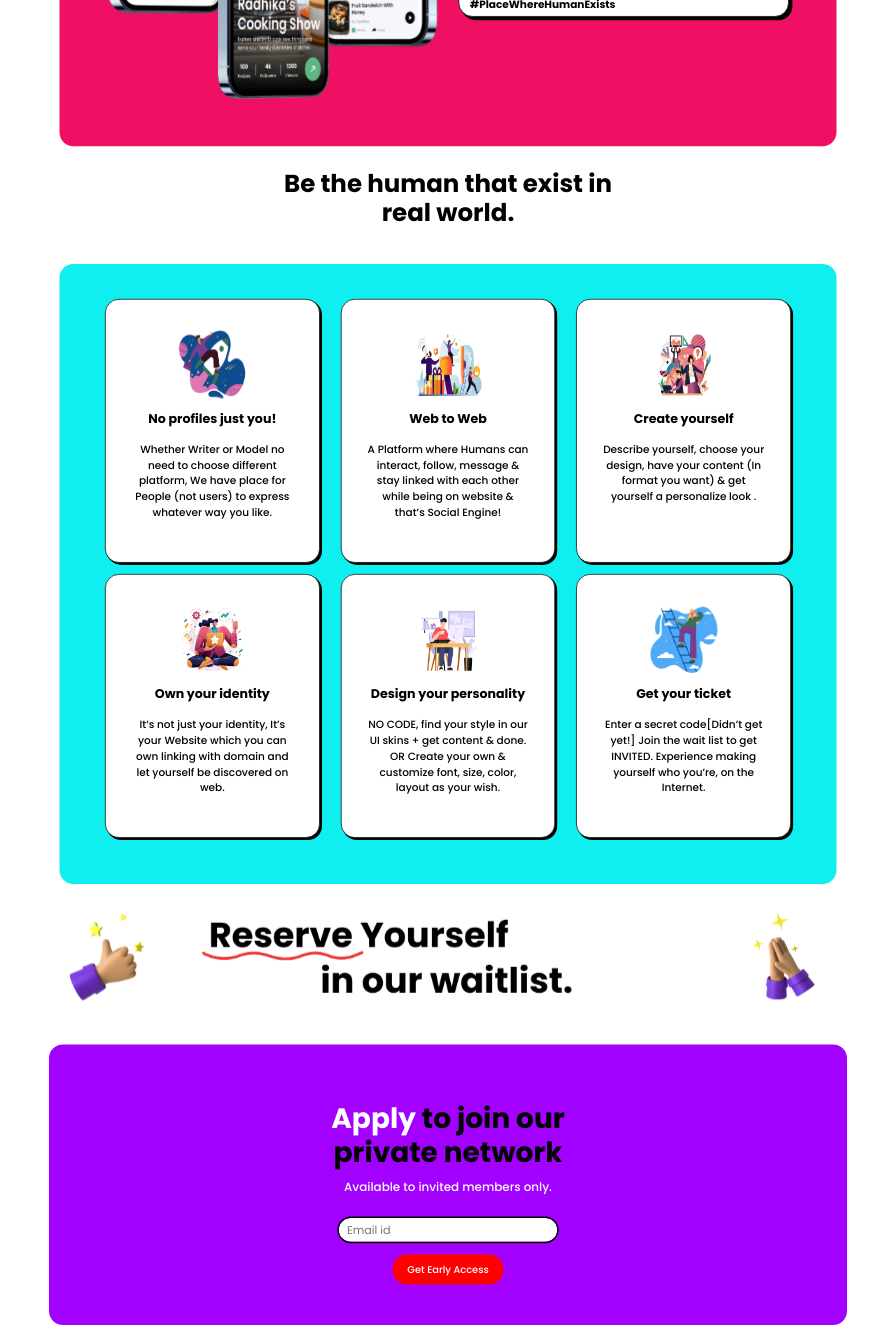
Repository: itsmesikandar/swavy.in.github.io
Page: index.html
These files come from the project's save history. The page is drawn as it stood at one moment and after the next save; the edit follows.
The browser window is 1280 px wide. The pictures show the part of the page from y = 3340 to 5260 px (the page is 5260 px tall), at 70% of full size.

Above is the page before, as saved 2023-02-24 17:31:10.
Console error: TypeError: Cannot read properties of undefined (reading 'fn')

### index.html
<!DOCTYPE html>
<html lang="en">
<head>
  <title>Swavy | Not Just Social Media</title>

  <meta charset="UTF-8">
  <meta name="viewport" content="width=device-width, initial-scale=1.0">
  <meta http-equiv="X-UA-Compatible" content="ie=edge">
  <link rel="stylesheet" href="vendors/owl-carousel/css/owl.carousel.min.css">
  <link rel="stylesheet" href="vendors/owl-carousel/css/owl.theme.default.css">
  <link rel="stylesheet" href="vendors/mdi/css/materialdesignicons.min.css">
  <link rel="stylesheet" href="vendors/aos/css/aos.css">
  <link rel="stylesheet" href="css/style.min.css">
  <link rel="stylesheet" href="css/style.css">
  <link rel="stylesheet"
        href="https://cdnjs.cloudflare.com/ajax/libs/OwlCarousel2/2.3.4/assets/owl.carousel.min.css"
        integrity="sha512-tS3S5qG0BlhnQROyJXvNjeEM4UpMXHrQfTGmbQ1gKmelCxlSEBUaxhRBj/EFTzpbP4RVSrpEikbmdJobCvhE3g=="
        crossorigin="anonymous" />
  <link rel="stylesheet"
        href="https://cdnjs.cloudflare.com/ajax/libs/OwlCarousel2/2.3.4/assets/owl.theme.default.min.css"
        integrity="sha512-sMXtMNL1zRzolHYKEujM2AqCLUR9F2C4/05cdbxjjLSRvMQIciEPCQZo++nk7go3BtSuK9kfa/s+a4f4i5pLkw=="
        crossorigin="anonymous" />

</head>
<body id="body" data-spy="scroll" data-target=".navbar" data-offset="100">
  <header id="header-section">
    <nav class="navbar navbar-expand-lg pl-3 pl-sm-0 py-4" id="navbar">
    <div class="container">
      <div class="navbar-brand-wrapper d-flex ">
        <h4 style="color:rgb(253, 81, 1); font-size: 18px;">#NotJustSocialMedia</h4>
      </div>
    </div>
    </nav>
  </header>
  <div class="banner" >
    <div class="container bg_color_zero">
      <div class="row align-items-center justify-content-center">

        <div class="col-lg-6 col-md-6 align-items-center justify-content-center ">
          <div class="">
            <h1 class="m-0 font-wt-h1 mb-4">Discover the best<br> form of yourself</h1>
            <p class="font-wt-h ">Where humans create themselves, not Platform!</p>
            <img class="mt-5" width="60%" src="images/img-top.png" >
          </div>
        </div>
        <div class="col-lg-6 col-md-6 ">
          <div class="py-5" id="imgr">
            <img src="images/vlog.png" >
          </div>
        </div>
      </div>
      <!-- <h1 class="font-weight-semibold margin-top" id="ht">Discover<br>The Best Form Of Yourself</h1>
      <h5 class="font-weight-normal text-muted pb-3">Where humans create themselves, not Platform.</h5>
      <img src="images/hero-img.png" alt="" class="img-fluid"> -->
    </div>
  </div>
      <div class="content-wrapper ">
        <div class="container">

          <section class="features-overview bg_color_first " id="features-section" >

            <div class="content-header  ">
              <h2 class="section-subtitle color-white"><b>Where you can</b></h4>
              <h2 class="color-white"><b>Show what you are but better.</b></h4>
            </div>

            <div class="d-md-flex justify-content-between mx-5">
              <div class="grid-margin justify-content-center bg_color_white box-shadow-3d-a mx-5 px-2">
                <div class="features-width text-center py-3 pt-5">
                  <img src="images/nomore.png" width="100" height="100" alt="" class="img-icons">
                  <h5 class="py-3 font-weigh-sub">No More<br>Default Profiles</h5>
                  <p class="text-muted font-wt-p">Forget that default profile design that matches with Billions other!</p>
                </div>
              </div>
              <div class="grid-margin  justify-content-center bg_color_white box-shadow-3d-b mx-5 px-2">
                <div class="features-width text-center py-3 pt-5">
                  <img src="images/noplatform.jpg" width="100" height="100" alt="" class="img-icons">
                  <h5 class="py-3 font-weigh-sub">No Need Of<br>Different Platform</h5>
                  <p class="text-muted font-wt-p">Does platform limits you expression: some allows video, image or text only?
                  </p>
                </div>
              </div>
              <div class="grid-margin justify-content-center bg_color_white box-shadow-3d-c mx-5 px-2">
                <div class="features-width text-center py-3 pt-5">
                  <img src="images/tenent.png" width="100" height="100" alt="" class="img-icons">
                  <h5 class="py-3 font-weigh-sub">You No Need<br>To Live As Tenant</h5>
                  <p class="text-muted font-wt-p">Own your virtual identity, like you own your real life.~Web+Domain, for free.</p>
                </div>
              </div>
            </div>
          </section>

          <div class="col-12 text-center pb-4">
            <h2 class="section-subtitle mt-5"><b>Bring Your Ideas Into Life</b></h2>
          </div>

          <section class=" features-overview customer-feedback bg_color_second" id="feedback-section">
            <div class="container">
              <div class="row">
                <div class="col-12 paa-5">
                  <div class="owl-carousel owl-theme">
                    <div class="card customer-cards">
                      <img src="images/educator.png"  alt="" >
                    </div>
                    <div class="card customer-cards">
                      <img src="images/creator.png"  alt="" >
                    </div>
                    <div class="card customer-cards">
                      <img src="images/model.png"  alt="" >
                    </div>
                    <div class="card customer-cards">
                      <img src="images/writer.png"  alt="" >
                    </div>
                  </div>
                </div>
              </div>
            </div>

          </section>

          <section class="features-overview bg_color_third " id="features-section" >
            <div class="container">
              <div class="row align-items-center ">
                <div class="col-12  col-lg-offset-1 col-lg-6 grid-margin grid-margin-lg-0 align-left pl-5 pt-5 pb-5 align-items-center justify-content-center" data-aos="fade-right">
                  <h2 class="m-0 font-wt-h3 mb-5">Makes your Personality<br>visible like your<br>Identity.</h2>
                  <div class="col-lg-12  font-wt-wb box-shadow-3d-d">
                    <p class=" font-wt-c mt-2">Whether you are a model who never skips shooting, a blogger who writes about his life and publishes online, or a seller who sends products with happiness.</p>
                    <p class="font-wt-c ">Whatever your personality is, it can now be reflected online, No Different Platform.</p>
                    <h4 class="font-wt-p color-black">#PlaceForAll</h4>
                  </div>
                </div>
                <div class="col-12  col-lg-6  img-digital grid-margin grid-margin-lg-0 pr-5 pt-5 pb-5" data-aos="fade-left">
                  <div class="carousel slide" data-ride="carousel">
                    <div class="carousel-inner">
                      <div class="carousel-item active">
                        <img src="images/vlog.png" alt="" class="img-fluid d-block w-100">
                      </div>
                      <div class="carousel-item ">
                        <img src="images/show.png" alt="" class="img-fluid d-block w-100">
                      </div>
                      <div class="carousel-item ">
                        <img src="images/podcast.png" alt="" class="img-fluid d-block w-100">
                      </div>
                      <div class="carousel-item ">
                        <img src="images/sell.png" alt="" class="img-fluid d-block w-100">
                      </div>
                    </div>
                  </div>
                </div>
              </div>
            </div>
          </section>

          <section class="features-overview bg_color_fourth " id="features-section" >
            <div class="container">
              <div class="row align-items-center ">
                <div class="col-12 col-lg-6  img-digital grid-margin grid-margin-lg-0 pl-5 pt-5 pb-5 " data-aos="fade-right">
                  <div class="carousel slide" data-ride="carousel">
                    <div class="carousel-inner">
                      <div class="carousel-item active">
                        <img src="images/class.png" alt="" class="img-fluid d-block w-100">
                      </div>
                      <div class="carousel-item ">
                        <img src="images/radhika.png" alt="" class="img-fluid d-block w-100">
                      </div>
                      <div class="carousel-item ">
                        <img src="images/news.png" alt="" class="img-fluid d-block w-100">
                      </div>
                    </div>
                  </div>
                </div>
                <div class="col-12 col-lg-6 col-lg-offset-1 grid-margin grid-margin-lg-0 align-left pr-5 pt-5 pb-5" data-aos="fade-left">
                  <h3 class="m-0 font-wt-h3 mb-5">Share your knowledge<br> with people around the world.</h3>
                  <div class="col-lg-12  font-wt-wb box-shadow-3d-d">
                    <p class="font-wt-c mt-2">Now you don't need any medium to publish articles, Don't need to create an app to teach or be on TV to spread your cooking skills.</p>
                    <p class="font-wt-c">Just create, design and connect with everyone, through website to website!.</p>
                    <h4 class="font-wt-p color-black">#PlaceWhereHumanExists</h4>
                  </div>
                </div>
              </div>
            </div>
          </section>

          <div class="col-12 text-center py-4 mt-2">
            <h2><b>Be the human that exist in<br>real world.</b></h2>
          </div>

          <section class="case-studies bg_color_fifth" id="case-studies-section">
            <div class="container">
              <div class="row ">


                <div class="col-12 col-md-6 col-lg-4 stretch-card mb-3 mb-lg-3 " data-aos="zoom-in">
                  <div class="card customer-cards font-wt-wb box-shadow-3d-e">
                    <div class="card-body">
                      <div class="text-center">
                        <img src="images/goalive.png" width="100" height="100" alt="" class="img-customer">
                        <div class="content-divider m-auto"></div>
                        <h6 class="card-title pt-3 font-weigh-sub">No profiles just you!</h6>
                        <p class="m-0 py-3  font-wt-p">Whether Writer or Model no need to choose different platform, We have place for People (not users) to express whatever way you like.</p>
                      </div>
                    </div>
                  </div>
                </div>

                <div class="col-12 col-md-6 col-lg-4 stretch-card mb-3 mb-lg-3 " data-aos="zoom-in" data-aos-delay="200">
                  <div class="card customer-cards card customer-cards font-wt-wb box-shadow-3d-e">
                    <div class="card-body">
                      <div class="text-center">
                        <img src="images/friends.jpg" width="100" height="100" alt="" class="img-customer">
                        <div class="content-divider m-auto"></div>
                        <h6 class="card-title pt-3 font-weigh-sub">Web to Web</h6>
                        <p class="m-0 py-3 font-wt-p">A Platform where Humans can interact, follow, message & stay linked with each other while being on website & that’s Social Engine!</p>
                      </div>
                    </div>
                  </div>
                </div>

                <div class="col-12 col-md-6 col-lg-4 stretch-card mb-3 mb-lg-3" data-aos="zoom-in" data-aos-delay="400">
                  <div class="card customer-cards font-wt-wb box-shadow-3d-e">
                    <div class="card-body">
                      <div class="text-center">
                        <img src="images/create.jpg" width="100" height="100" alt="" class="img-customer">
                        <div class="content-divider m-auto"></div>
                        <h6 class="card-title pt-3 font-weigh-sub">Create yourself</h6>
                        <p class="m-0 py-3 font-wt-p">Describe yourself, choose your design, have your content (In format you want) & get yourself a personalize look .</p>
                      </div>
                    </div>
                  </div>
                </div>

                <div class="col-12 col-md-6 col-lg-4 stretch-card mb-3 mb-lg-3" data-aos="zoom-in" data-aos-delay="600">
                  <div class="card customer-cards font-wt-wb box-shadow-3d-e">
                    <div class="card-body">
                      <div class="text-center">
                        <img src="images/own.jpg" width="100" height="100" alt="" class="img-customer">
                        <div class="content-divider m-auto"></div>
                        <h6 class="card-title pt-3 font-weigh-sub">Own your identity</h6>
                        <p class="m-0 py-3 font-wt-p">It’s not just your identity, It’s your Website which you can own linking with domain and let yourself be discovered on web.</p>
                      </div>
                    </div>
                  </div>
                </div>

                <div class="col-12 col-md-6 col-lg-4 stretch-card mb-3 mb-lg-3" data-aos="zoom-in" data-aos-delay="400">
                  <div class="card customer-cards font-wt-wb box-shadow-3d-e">
                    <div class="card-body">
                      <div class="text-center">
                        <img src="images/design.jpg" width="100" height="100" alt="" class="img-customer">
                        <div class="content-divider m-auto"></div>
                        <h6 class="card-title pt-3 font-weigh-sub">Design your personality</h6>
                        <p class="m-0 py-3 font-wt-p">NO CODE, find your style in our UI skins + get content & done. OR Create your own & customize font, size, color, layout as your wish.</p>
                      </div>
                    </div>
                  </div>
                </div>

                <div class="col-12 col-md-6 col-lg-4 stretch-card mb-3 mb-lg-3" data-aos="zoom-in" data-aos-delay="600">
                  <div class="card customer-cards font-wt-wb box-shadow-3d-e">
                    <div class="card-body">
                      <div class="text-center">
                        <img src="images/ticket.png" width="100" height="100" alt="" class="img-customer">
                        <div class="content-divider m-auto"></div>
                        <h6 class="card-title pt-3 font-weigh-sub">Get your ticket</h6>
                        <p class="m-0 py-3 font-wt-p">Enter a secret code[Didn’t get yet!] Join the wait list to get INVITED. Experience making yourself who you’re, on the Internet.</p>
                      </div>
                    </div>
                  </div>
                </div>

              </div>
            </div>
          </section>

        </div>

        <div class="content-wrapper ">
          <div class="container">
              <div class="row justify-content-center align-items-center">
                  <div class="col-sm-2 col-md-2 col-lg-2" data-aos="zoom-in">
                    <img  src="images/img-left.png" alt="" class="img-fluid">
                  </div>
                  <div class="col-sm-8 col-md-8 col-lg-8 " data-aos="zoom-in">
                    <img  src="images/img-middle.png" alt="" class="img-fluid">
                  </div>
                  <div class="col-sm-2 col-md-2 col-lg-2 " data-aos="zoom-in">
                    <img  src="images/img-right.png" alt="" class="img-fluid">
                  </div>
              </div>
          </div>
        </div>

        <section class="text-center align-items-center " >
          <div class="container  bg_color_sixth">
            <div class="contact-us-bgimage py-2" >
              <div class="py-4">
                <h1 class="px-3 px-md-0 m-0 fw" data-aos="fade-down"><span class="color-white">Apply</span> to join our<br>private network</h1>
                <h6 class="mt-3 color-white">Available to invited members only.</h6>
              </div>

              <div data-aos="fade-up">
                <div class="col-12  offset-sm-3 col-sm-6 offset-sm-3 offset-lg-4 col-lg-4 offset-lg-4 ">
                  <form name="submit-to-google-sheet" id="myForm">
                    <input type="email" name="Email" class="input-form-control r-20" id="Email" placeholder="Email id">
                    <div class="pt-3">
                      <button type="submit" class="btn btn-danger font-weight-medium r-20">Get Early Access</button>
                    </div>
                  </form>
                </div>
              </div>
            </div>
          </div>
        </section>

      </div>

  <script>
       !function(){var analytics=window.analytics=window.analytics||[];if(!analytics.initialize)if(analytics.invoked)window.console&&console.error&&console.error("Segment snippet included twice.");else{analytics.invoked=!0;analytics.methods=["trackSubmit","trackClick","trackLink","trackForm","pageview","identify","reset","group","track","ready","alias","debug","page","once","off","on","addSourceMiddleware","addIntegrationMiddleware","setAnonymousId","addDestinationMiddleware"];analytics.factory=function(e){return function(){var t=Array.prototype.slice.call(arguments);t.unshift(e);analytics.push(t);return analytics}};for(var e=0;e<analytics.methods.length;e++){var key=analytics.methods[e];analytics[key]=analytics.factory(key)}analytics.load=function(key,e){var t=document.createElement("script");t.type="text/javascript";t.async=!0;t.src="https://cdn.segment.com/analytics.js/v1/" + key + "/analytics.min.js";var n=document.getElementsByTagName("script")[0];n.parentNode.insertBefore(t,n);analytics._loadOptions=e};analytics._writeKey="sy1jEkZRdvqaCf5dOWhj4yyXbsgHlnL4";;analytics.SNIPPET_VERSION="4.15.3";
        analytics.load("sy1jEkZRdvqaCf5dOWhj4yyXbsgHlnL4");
        analytics.page();
        }}();


    const scriptURL = 'https://script.google.com/macros/s/AKfycbxXpgQgQMZqhFNl4IiDehqWTr5-PkKsvUA7oIWJAg1q1VEVA7wHIRvszY07XR8cTBPduQ/exec'
    const form = document.forms['submit-to-google-sheet']
    //const formm = document.forms['submit-to-google-sheet']
    const fr = document.getElementById("myForm")
    //const frr = document.getElementById("myFormm")

    // formm.addEventListener('submit', e => {
    //   e.preventDefault()
    //   fetch(scriptURL, { method: 'POST', body: new FormData(formm)})
    //     .then(response =>
    //     frr.reset())
    //     .catch(error => console.error('Error###', error.message))
    // })

    form.addEventListener('submit', e => {
      e.preventDefault()
      fetch(scriptURL, { method: 'POST', body: new FormData(form)})
        .then(response =>
        fr.reset())
        .catch(error => console.error('Error!!!!!!', error.message))
    })

  </script>
  <script src="https://cdnjs.cloudflare.com/ajax/libs/OwlCarousel2/2.3.4/owl.carousel.min.js"
  integrity="sha512-bPs7Ae6pVvhOSiIcyUClR7/q2OAsRiovw4vAkX+zJbw3ShAeeqezq50RIIcIURq7Oa20rW2n2q+fyXBNcU9lrw=="
  crossorigin="anonymous"></script>
  <script src="vendors/jquery/jquery.min.js"></script>
  <script src="vendors/bootstrap/bootstrap.min.js"></script>
  <script src="vendors/owl-carousel/js/owl.carousel.min.js"></script>
  <script src="vendors/aos/js/aos.js"></script>
  <script src="js/landingpage.js"></script>
</body>
</html>

### js/landingpage.js
// HEADER ANIMATION
window.onscroll = function() {scrollFunction()};
var element = document.getElementById("body");
function scrollFunction() {
  if (document.body.scrollTop > 400 || document.documentElement.scrollTop > 400) {
      $(".navbar").addClass("fixed-top");
      element.classList.add("header-small");
      $("body").addClass("body-top-padding");

  } else {
      $(".navbar").removeClass("fixed-top");
      element.classList.remove("header-small");
      $("body").removeClass("body-top-padding");
  }
}

// OWL-CAROUSAL
$('.owl-carousel').owlCarousel({
    items: 3,
    loop:true,
    nav:false,
    dot:true,
    autoplay: true,
    slideTransition: 'linear',
    autoplayHoverPause: true,
    responsive:{
      0:{
          items:1
      },
      600:{
          items:2
      },
      1000:{
          items:3
      }
  }
})

// SCROLLSPY
$(document).ready(function() {
  $(".nav-link").click(function() {
      var t = $(this).attr("href");
      $("html, body").animate({
          scrollTop: $(t).offset().top - 75
      }, {
          duration: 1000,
      });
      $('body').scrollspy({ target: '.navbar',offset: $(t).offset().top });
      return false;
  });

});

// AOS
AOS.init({
    offset: 120,
    delay: 0,
    duration: 1200,
    easing: 'ease',
    once: true,
    mirror: false,
    anchorPlacement: 'top-bottom',
    disable: "mobile"
  });

//SIDEBAR-OPEN
  $('#navbarSupportedContent').on('hidden.bs.collapse', function () {
    $("body").removeClass("sidebar-open");
  })

  $('#navbarSupportedContent').on('shown.bs.collapse', function () {
    $("body").addClass("sidebar-open");
  })


  window.onresize = function() {
    var w = window.innerWidth;
    if(w>=992) {
      $('body').removeClass('sidebar-open');
      $('#navbarSupportedContent').removeClass('show');
    }
  }

Loaded but not shown: vendors/owl-carousel/css/owl.carousel.min.css (library); vendors/owl-carousel/css/owl.theme.default.css (common file); vendors/mdi/css/materialdesignicons.min.css (library); vendors/aos/css/aos.css (library); css/style.min.css (library); css/style.css (library); vendors/jquery/jquery.min.js (library); vendors/bootstrap/bootstrap.min.js (library); vendors/owl-carousel/js/owl.carousel.min.js (library); vendors/aos/js/aos.js (library)

After the next save:
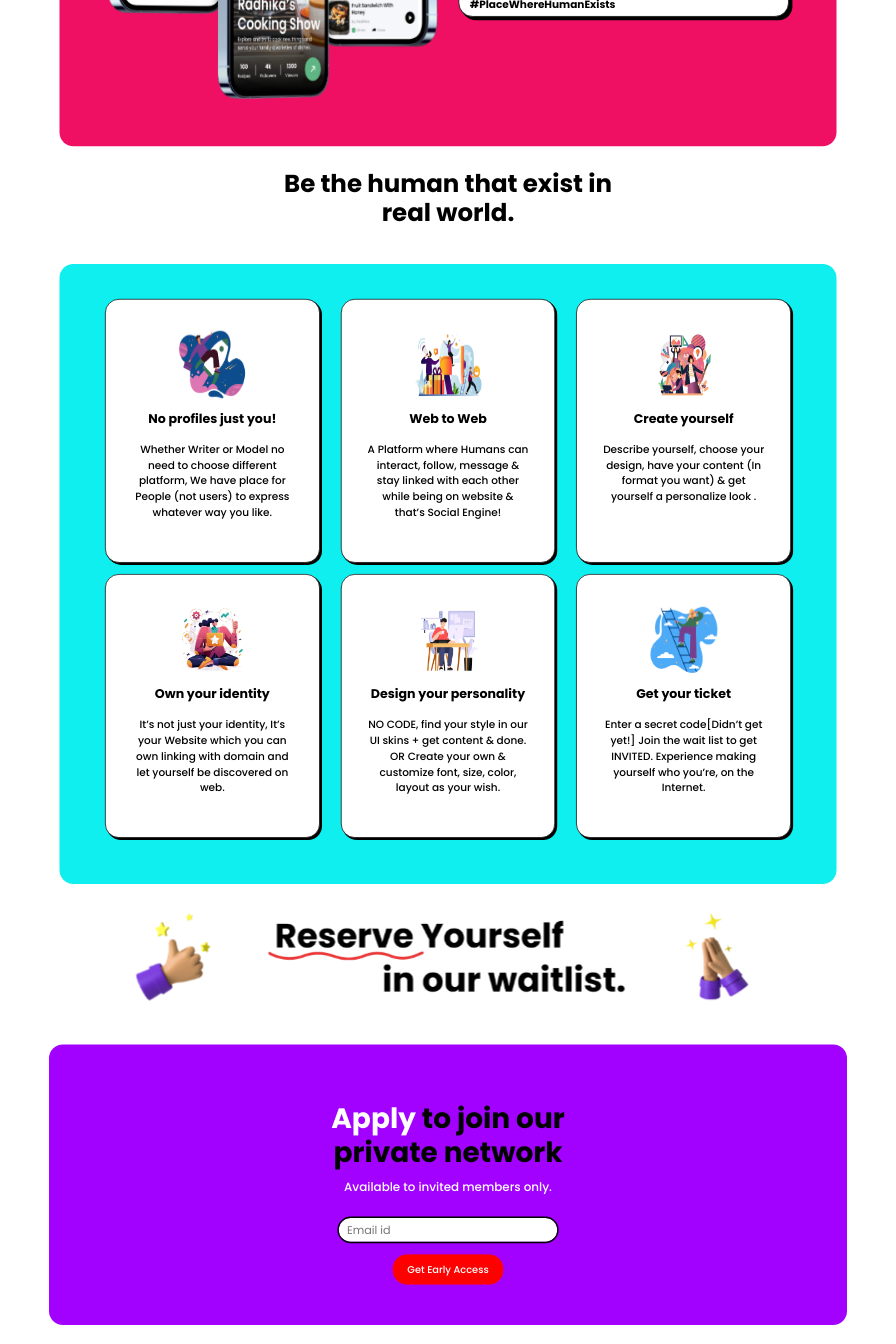
Saved 95 s later.
--- a/index.html
+++ b/index.html
@@ -280,7 +280,7 @@
                   <div class="col-sm-2 col-md-2 col-lg-2" data-aos="zoom-in">
                     <img  src="images/img-left.png" alt="" class="img-fluid">
                   </div>
-                  <div class="col-sm-8 col-md-8 col-lg-8 " data-aos="zoom-in">
+                  <div class="col-sm-8 col-md-8 col-lg-6 " data-aos="zoom-in">
                     <img  src="images/img-middle.png" alt="" class="img-fluid">
                   </div>
                   <div class="col-sm-2 col-md-2 col-lg-2 " data-aos="zoom-in">
